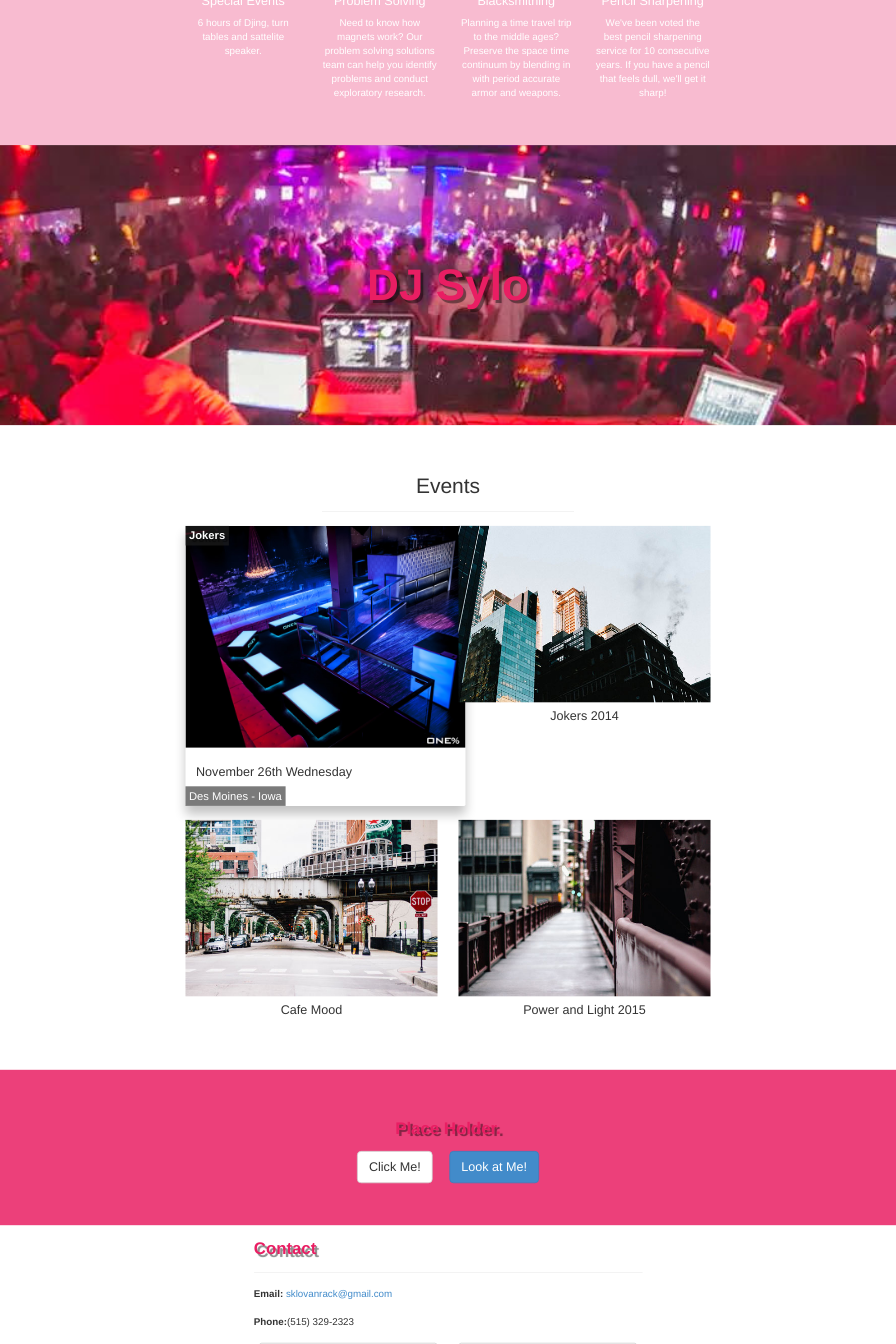
Repository: BambooXLotus/DjSylo
Page: client/index.html
The author's editor kept a record of every edit. The page is drawn from the files as they stood at one moment, then again after the next edit.
The browser window is 1280 px wide. The pictures show the part of the page from y = 1815 to 3735 px (the page is 4349 px tall), at 70% of full size.
Some icons come from a web library that is not loaded, so they are not drawn. Backgrounds fixed to the window are drawn as part of the page. Some web libraries are served in a nearby version.

Above is the page before.

### client/index.html
<!DOCTYPE html>
<html lang="en">

<head>
    <meta charset="utf-8">
    <meta name="viewport" content="width=device-width, initial-scale=1.0">
    <meta name="description" content="">
    <meta name="author" content="">
    <title>DJ Sylo</title>
    <!-- Bootstrap core CSS
        -->
    <link href="css/bootstrap.css" rel="stylesheet">
    <!-- Add custom CSS here -->
    <link href="css/stylish-portfolio.css" rel="stylesheet">
    <link href="//maxcdn.bootstrapcdn.com/font-awesome/4.1.0/css/font-awesome.min.css" rel="stylesheet">
    <link href="css/nanogallery.min.css" rel="stylesheet" type="text/css">
</head>

<body>
    <!-- Side Menu -->
    <nav class="navbar navbar-fixed-top navbar-inverse" role="navigation">
        <div class="container">
            <div class="navbar-header">
                <button type="button" class="navbar-toggle" data-toggle="collapse" data-target=".navbar-ex1-collapse">
                    <span class="sr-only">Toggle navigation</span>
                    <span class="icon-bar"></span>
                    <span class="icon-bar"></span>
                    <span class="icon-bar"></span>
                </button>
                <a class="navbar-brand" href="index.php">DJ <b>Sylo</b></a>
            </div>
            <!-- Collect the nav links, forms, and other content for toggling -->
            <div class="collapse navbar-collapse navbar-ex1-collapse">
                <ul class="nav navbar-nav">
                    <li>
                        <a href="#top">Home</a>
                    </li>
                    <li>
                        <a href="#about">Bio</a>
                    </li>
                    <li>
                        <a href="#gallery">Gallery</a>
                    </li>
                    <li>
                        <a href="#services">Services</a>
                    </li>
                    <li>
                        <a href="#portfolio">Events</a>
                    </li>
                    <li>
                        <a href="#portfolio">Discography</a>
                    </li>
                    <li>
                        <a href="#contact">Contact</a>
                    </li>
                </ul>
            </div>
            <!-- /.navbar-collapse -->
        </div>
        <!-- /.container -->
    </nav>
    <!-- /Side Menu -->
    <!-- Full Page Image Header Area -->
    <div id="top" class="header">
        <div class="vert-text">
            <div class="hero">
                <h1>DJ <b>Sylo</b></h1>
                <a href="#contact" class="btn btn-lg btn-default">Contact</a>
            </div>
        </div>
    </div>
    <!-- /Full Page Image Header Area -->
    <!-- Intro -->
    <div id="about" class="about">
        <div class="container">
            <div class="row">
                <div class="col-md-3 col-md-offset-1">
                    <img class="img-circle img-responsive circle-shadow" src="img/portrait-sm.jpg">
                </div>
                <div class="col-md-6 col-xs-12">
                    <div class="panel panel-default dialog">
                        <div class="panel-heading">
                            <h3>DJ Sylo</h3>
                        </div>
                        <div class="panel-body">
                            <h4>Kansas City, MO</h4>
                            <p>Style: Electronic, Pop, Hip hop.</p>
                            <p>Inpsirations: Calvin Harris, Zedd, Adventure CLub.</p>
                            <p>Musical flavor, stage presence, and a feel for the crowd, DJ Sylo's unique taste and style of music has touched dancefloors across Iowa, as well as the 2012 515 Alive electronic music festival. Sylo's presence is gaining notoriety
                                in both the club and the electronic dance music scene. Armed with her Numark NS7, DJ Sylo is now a member of iParty Crew's Sonic Crystals, a division created by Pri yon Joni; as well as a frequent booked artist by DJ Raj's
                                Eclipse Entertainment.</p>
                            <p>If you would like information on booking please contact me at <a href="sklovanrack@gmail.com">sklovanrack@gmail.com</a>
                            </p>
                        </div>
                    </div>
                </div>
            </div>
        </div>
    </div>
    <!-- /Intro -->
    <!-- Gallery -->
    <div id="gallery" class="gallery">
        <div class="container">
            <div class="row">
                <div class="col-md-6 col-md-offset-3 text-center">
                    <h2>Gallery</h2>
                </div>
            </div>
            <div class="row">
                <div class="col-md-10 col-md-offset-1 col-xs-12 text-center">
                    <div id="nanoGallery2"></div>
                </div>
            </div>
        </div>
    </div>
    <!-- /Gallery -->
    <!-- Services -->
    <div id="services" class="services">
        <div class="container">
            <div class="row">
                <div class="col-md-4 col-md-offset-4 text-center">
                    <h2>Our Services</h2>
                    <hr>
                </div>
            </div>
            <div class="row">
                <div class="col-md-offset-3 col-md-6">
                    <iframe width="100%" height="166" scrolling="no" frameborder="no" src="https://w.soundcloud.com/player/?url=https%3A//api.soundcloud.com/tracks/160960689&amp;color=ff5500&amp;auto_play=false&amp;hide_related=false&amp;show_comments=true&amp;show_user=true&amp;show_reposts=false"></iframe>
                </div>
            </div>
            <div class="row">
                <div class="col-md-2 col-md-offset-2 text-center">
                    <div class="service-item">
                        <i class="service-icon fa fa-rocket"></i>
                        <h4>Special Events</h4>
                        <p>6 hours of Djing, turn tables and sattelite speaker.</p>
                    </div>
                </div>
                <div class="col-md-2 text-center">
                    <div class="service-item">
                        <i class="service-icon fa fa-magnet"></i>
                        <h4>Problem Solving</h4>
                        <p>Need to know how magnets work? Our problem solving solutions team can help you identify problems and conduct exploratory research.</p>
                    </div>
                </div>
                <div class="col-md-2 text-center">
                    <div class="service-item">
                        <i class="service-icon fa fa-shield"></i>
                        <h4>Blacksmithing</h4>
                        <p>Planning a time travel trip to the middle ages? Preserve the space time continuum by blending in with period accurate armor and weapons.</p>
                    </div>
                </div>
                <div class="col-md-2 text-center">
                    <div class="service-item">
                        <i class="service-icon fa fa-pencil"></i>
                        <h4>Pencil Sharpening</h4>
                        <p>We've been voted the best pencil sharpening service for 10 consecutive years. If you have a pencil that feels dull, we'll get it sharp!</p>
                    </div>
                </div>
            </div>
        </div>
    </div>
    <!-- /Services -->
    <!-- Callout -->
    <div class="callout">
        <div class="vert-text">
            <h1>DJ Sylo</h1>
        </div>
    </div>
    <!-- /Callout -->
    <!-- Portfolio -->
    <div id="portfolio" class="portfolio">
        <div class="container">
            <div class="row">
                <div class="col-md-4 col-md-offset-4 text-center">
                    <h2>Events</h2>
                    <hr>
                </div>
            </div>
            <div class="row">
                <div class="col-md-4 col-md-offset-2">
                    <div class="panel card fixed-card">
                        <div class="card-heading">
                            <h3 class="panel-title">Jokers</h3>
                            <h4 class="panel-title stickyBottom">Des Moines - Iowa</h4>
                            <img class="img-portfolio img-responsive" src="img/one-1.jpg">
                        </div>
                        <div class="panel-body">
                            <h4>November 26th Wednesday</h4>
                        </div>
                    </div>
                </div>
                <div class="col-md-4 text-center">
                    <div class="portfolio-item">
                        <a href="#">

                            <img class="img-portfolio img-responsive" src="img/portfolio-2.jpg">

                        </a>
                        <h4>Jokers 2014</h4>
                    </div>
                </div>
            </div>
            <div class="row">
                <div class="col-md-4 col-md-offset-2 text-center">
                    <div class="portfolio-item">
                        <a href="#">

                            <img class="img-portfolio img-responsive" src="img/portfolio-3.jpg">

                        </a>
                        <h4>Cafe Mood</h4>
                    </div>
                </div>
                <div class="col-md-4 text-center">
                    <div class="portfolio-item">
                        <a href="#">

                            <img class="img-portfolio img-responsive" src="img/portfolio-4.jpg">

                        </a>
                        <h4>Power and Light 2015</h4>
                    </div>
                </div>
            </div>
        </div>
    </div>
    <!-- /Portfolio -->
    <!-- Call to Action -->
    <div class="call-to-action">
        <div class="container">
            <div class="row">
                <div class="col-md-6 col-md-offset-3 text-center">
                    <h3>Place Holder.</h3>
                    <a href="#" class="btn btn-lg btn-default">Click Me!</a>
                    <a href="#" class="btn btn-lg btn-primary">Look at Me!</a>
                </div>
            </div>
        </div>
    </div>
    <!-- /Call to Action -->
    <!-- Map -->
    <div id="contact">
        <div class="container">
            <div class="row">
                <div class="col-md-6 col-md-offset-3">
                    <h3>Contact</h3>
                    <hr>
                    <address>
                            <strong>Email:</strong>
                            <a href="mailto:#">sklovanrack@gmail.com</a>
                            <br>
                            <br>
                            <strong>Phone:</strong>(515) 329-2323</address>
                </div>
            </div>
            <div>
                <div class="col-md-6 col-md-offset-3 contact-form">
                    <form id="contact" method="post" class="form" role="form">
                        <div class="row">
                            <div class="col-xs-6 col-md-6 form-group">
                                <input class="form-control" id="name" name="name" placeholder="Name" type="text" />
                            </div>
                            <div class="col-xs-6 col-md-6 form-group">
                                <input class="form-control" id="email" name="email" placeholder="Email" type="email" required />
                            </div>
                        </div>
                        <textarea class="form-control" id="message" name="message" placeholder="Message" rows="5"></textarea>
                        <br />
                        <div class="row">
                            <div class="col-xs-12 col-md-12 form-group">
                                <button class="btn btn-primary pull-right" type="submit">Submit</button>
                            </div>
                        </div>
                    </form>
                </div>
            </div>
        </div>
    </div>
    <!-- /Map -->
    <!-- Footer -->
    <footer>
        <div class="container">
            <div class="row">
                <div class="col-md-6 col-md-offset-3 text-center">
                    <ul class="list-inline">
                        <li>
                            <a class="fa fa-facebook fa-3x" href="https://www.facebook.com/DJSyloSonicCrystals"></a>
                        </li>
                        <li>
                            <i class="fa fa-twitter fa-3x"></i>
                        </li>
                        <li>
                            <i class="fa fa-instagram fa-3x"></i>
                        </li>
                        <li>
                            <a class="fa fa-soundcloud fa-3x" href="https://soundcloud.com/bambooproduction/sets"></a>
                        </li>
                    </ul>
                    <div class="top-scroll">
                        <a href="#top"><i class="fa fa-circle-arrow-up scroll fa-4x"></i></a>
                    </div>
                    <hr>
                    <p>Copyright &copy; Bamboo Lotus 2014</p>
                </div>
            </div>
        </div>
    </footer>
    <!-- /Footer -->
    <!-- JavaScript -->
    <script src="js/jquery-1.10.2.js"></script>
    <script src="js/bootstrap.js"></script>

    <!-- nanoGALLERY plugin files -->
    <script type="text/javascript" src="js/jquery.nanogallery.min.js"></script>
    <!-- Custom JavaScript for the Side Menu and Smooth Scrolling
        -->
    <script>
        $("#menu-close").click(function(e) {
            e.preventDefault();
            $("#sidebar-wrapper").toggleClass("active");
        });
    </script>
    <script>
        $("#menu-toggle").click(function(e) {
            e.preventDefault();
            $("#sidebar-wrapper").toggleClass("active");
        });
    </script>
    <script>
        $(function() {
            $('a[href*=#]:not([href=#])').click(function() {
                if (location.pathname.replace(/^\//, '') == this.pathname.replace(/^\//, '') || location.hostname == this.hostname) {

                    var target = $(this.hash);
                    target = target.length ? target : $('[name=' + this.hash.slice(1) + ']');
                    if (target.length) {
                        $('html,body').animate({
                            scrollTop: target.offset().top
                        }, 1000);
                        return false;
                    }
                }
            });

            $("#nanoGallery2").nanoGallery({
                thumbnailWidth: 'auto',
                thumbnailHeight: 200,
                userID: 'derensomsanith@gmail.com',
                kind: 'picasa',
                album: '6020738059883313137',
                colorSchemeViewer: 'light',
                thumbnailHoverEffect: [{
                    name: 'labelAppear75',
                    duration: 300
                }],
                thumbnailGutterWidth: 1,
                thumbnailGutterHeight: 1,
                i18n: {
                    thumbnailImageDescription: 'View Photo',
                    thumbnailAlbumDescription: 'Open Album'
                },
                thumbnailLabel: {
                    display: true,
                    position: 'overImageOnMiddle',
                    align: 'center'
                },
                photoSorting: 'random',
                lazyBuild: 'none',
                lazyBuildTreshold: 300
            });
        });

        (function(i, s, o, g, r, a, m) {
            i['GoogleAnalyticsObject'] = r;
            i[r] = i[r] || function() {
                (i[r].q = i[r].q || []).push(arguments)
            }, i[r].l = 1 * new Date();
            a = s.createElement(o),
                m = s.getElementsByTagName(o)[0];
            a.async = 1;
            a.src = g;
            m.parentNode.insertBefore(a, m)
        })(window, document, 'script', '//www.google-analytics.com/analytics.js', 'ga');

        ga('create', 'UA-56532059-1', 'auto');
        ga('send', 'pageview');
    </script>
</body>

</html>

### client/css/stylish-portfolio.css
/* Global Styles */

html,
body {
  height: 100%;
  width: 100%;
}
h1 {
  color: #e91e63;
  text-shadow: 4px 4px 1px rgba(0, 0, 0, 0.45);
}
h3 {
  color: #e91e63;
  text-shadow: 4px 4px 1px rgba(0, 0, 0, 0.45);
  font-weight: bold;
}
.vert-text {
  display: table-cell;
  vertical-align: middle;
  text-align: center;
}
.vert-text h1 {
  padding: 0;
  margin: 0;
  font-size: 4.5em;
  font-weight: 700;
}
/* Side Menu */

#sidebar-wrapper {
  margin-right: -250px;
  right: 0;
  width: 250px;
  background: #000;
  position: fixed;
  height: 100%;
  overflow-y: auto;
  z-index: 1000;
  -webkit-transition: all 0.4s ease 0s;
  -moz-transition: all 0.4s ease 0s;
  -ms-transition: all 0.4s ease 0s;
  -o-transition: all 0.4s ease 0s;
  transition: all 0.4s ease 0s;
}
.sidebar-nav {
  position: absolute;
  top: 0;
  width: 250px;
  list-style: none;
  margin: 0;
  padding: 0;
}
.sidebar-nav li {
  line-height: 40px;
  text-indent: 20px;
}
.sidebar-nav li a {
  color: #999999;
  display: block;
  text-decoration: none;
}
.sidebar-nav li a:hover {
  color: #fff;
  background: rgba(255, 255, 255, 0.2);
  text-decoration: none;
}
.sidebar-nav li a:active,
.sidebar-nav li a:focus {
  text-decoration: none;
}
.sidebar-nav > .sidebar-brand {
  height: 55px;
  line-height: 55px;
  font-size: 18px;
}
.sidebar-nav > .sidebar-brand a {
  color: #999999;
}
.sidebar-nav > .sidebar-brand a:hover {
  color: #fff;
  background: none;
}
#menu-toggle {
  top: 0;
  right: 0;
  position: fixed;
  z-index: 1;
}
#sidebar-wrapper.active {
  right: 250px;
  width: 250px;
  -webkit-transition: all 0.4s ease 0s;
  -moz-transition: all 0.4s ease 0s;
  -ms-transition: all 0.4s ease 0s;
  -o-transition: all 0.4s ease 0s;
  transition: all 0.4s ease 0s;
}
.toggle {
  margin: 5px 5px 0 0;
}
/* Full Page Image Header Area */

.header {
  display: table;
  height: 100%;
  width: 100%;
  position: relative;
  background: url(../img/DJSyloJumbotron.jpeg) no-repeat center center fixed;
  -webkit-background-size: cover;
  -moz-background-size: cover;
  -o-background-size: cover;
  background-size: cover;
}
/* Intro */

.intro {
  padding: 50px 0;
}
/* About */

.about {
  background: #f8bbd0;
  padding: 50px 0;
}
/* Services */

.services {
  background: #f8bbd0;
  padding: 50px 0;
  color: #ffffff;
}
.service-item {
  margin-bottom: 15px;
}
i.service-icon {
  border: 3px solid #ffffff;
  border-radius: 50%;
  display: inline-block;
  font-size: 56px;
  width: 140px;
  height: 140px;
  line-height: 136px;
  vertical-align: middle;
  text-align: center;
}
/* Callout */

.callout {
  color: #ffffff;
  display: table;
  height: 400px;
  width: 100%;
  background: url(../img/callout_DJSylo.jpeg) no-repeat center center fixed;
  -webkit-background-size: cover;
  -moz-background-size: cover;
  -o-background-size: cover;
  background-size: cover;
}
/* Portfolio */

.portfolio {
  padding: 50px 0;
}
.portfolio-item {
  margin-bottom: 25px;
}
.img-portfolio {
  margin: 0 auto;
}
/* Call to Action */

.call-to-action {
  color: #ffffff;
  background: #ec407a;
  padding: 50px 0;
}
.call-to-action .btn {
  margin: 10px;
}
/* Map */

.map {
  height: 500px;
}
/* Footer */

footer {
  padding: 100px 0;
}
.top-scroll {
  margin-top: 50px;
}
.top-scroll a {
  text-decoration: none;
  color: inherit;
}
i.scroll {
  color: #333333;
}
i.scroll:hover {
  color: #0a5175;
}
/* Responsive */

@media (max-width: 768px) {
  .header {
    background: url(../img/DJSyloJumbotron.jpeg) no-repeat center center scroll;
  }
  .callout {
    background: url(../img/callout_DJSylo.jpeg) no-repeat center center scroll;
  }
  .map {
    height: 75%;
  }
}
html,
body {
  height: 100%;
}
.carousel,
.item,
.active {
  height: 100%;
}
.carousel-inner {
  height: 100%;
}
.fill {
  width: 100%;
  height: 100%;
  background-position: center;
  background-size: cover;
}
/* faster sliding speed */

.carousel-inner > .item {
  -webkit-transition: 0.3s ease-in-out left;
  -moz-transition: 0.3s ease-in-out left;
  -o-transition: 0.3s ease-in-out left;
  transition: 0.3s ease-in-out left;
}
/* keep full widget on smaller screens */

@media (max-width: 767px) {
  body {
    padding-left: 0;
    padding-right: 0;
  }
}
#galleryContainer {
  background: #DDD;
  max-width: 1000px;
  max-height: 500px;
}
.item img {
  width: 50%;
}
.item.w2 {
  width: 25%;
}

.circle-shadow{
      box-shadow: 0 19px 38px rgba(0,0,0,0.30);
}

    /* Card, Dialog */
    .card, .dialog {
      border-radius: 2px;
      border: 0px;
      position: relative;
      display: inline-block;
      vertical-align: top;
      background-color: #fff;
      box-shadow: 0 12px 15px 0 rgba(0, 0, 0, 0.24);
    }

    .fixed-card{
      width: 400px;
      height: 400px;
    }

    .panel:hover .panel-title {
    background: #e91e63;
}

    .panel-title {
    position: absolute;
    background: rgba(34, 34, 34, 0.6);
    color: White;
    padding: 5px;
    z-index: 3;
    -webkit-transition: all .6s ease-in-out;
    -moz-transition: all .6s ease-in-out;
    -o-transition: all .6s ease-in-out;
    -ms-transition: all .6s ease-in-out;
    transition: all .6s ease-in-out;
}

.panel-default > .panel-heading {
    border-radius: 0;
    background: transparent;
    border: 0px;
}

.card-heading {
    border-radius: 0;
    background: transparent;
    overflow: hidden;
    padding: 0px;
    border-bottom: 0px;
}

.stickyBottom {
    position: absolute;
    bottom: 0;
    left: 0;
}

Loaded but not shown: client/css/bootstrap.css (library); client/css/nanogallery.min.css (library); client/js/jquery-1.10.2.js (library); client/js/bootstrap.js (library); client/js/jquery.nanogallery.min.js (library)

After the next edit:
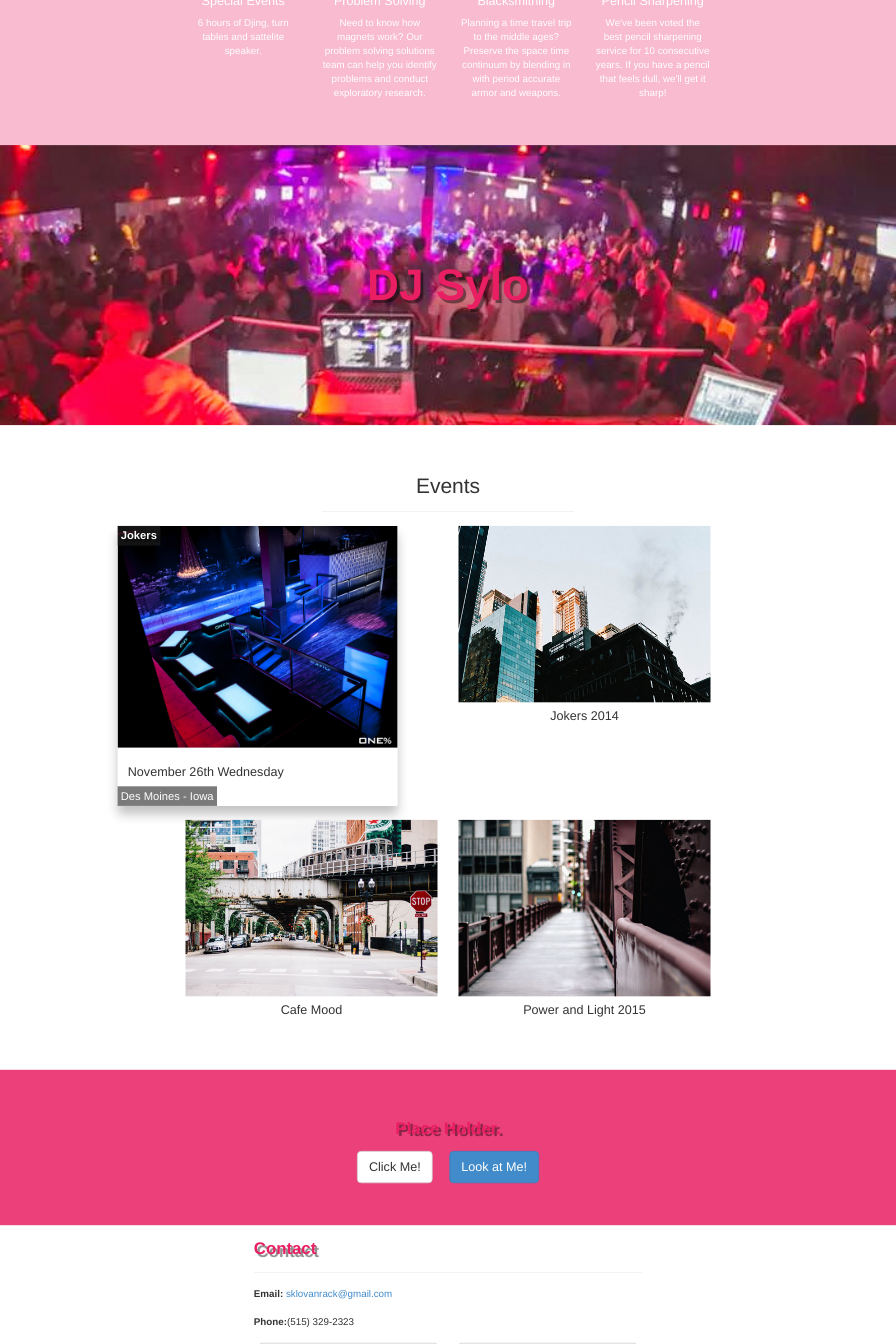
The edit:
--- a/client/index.html
+++ b/client/index.html
@@ -178,7 +178,7 @@
                 </div>
             </div>
             <div class="row">
-                <div class="col-md-4 col-md-offset-2">
+                <div class="col-md-5 col-md-offset-1">
                     <div class="panel card fixed-card">
                         <div class="card-heading">
                             <h3 class="panel-title">Jokers</h3>
